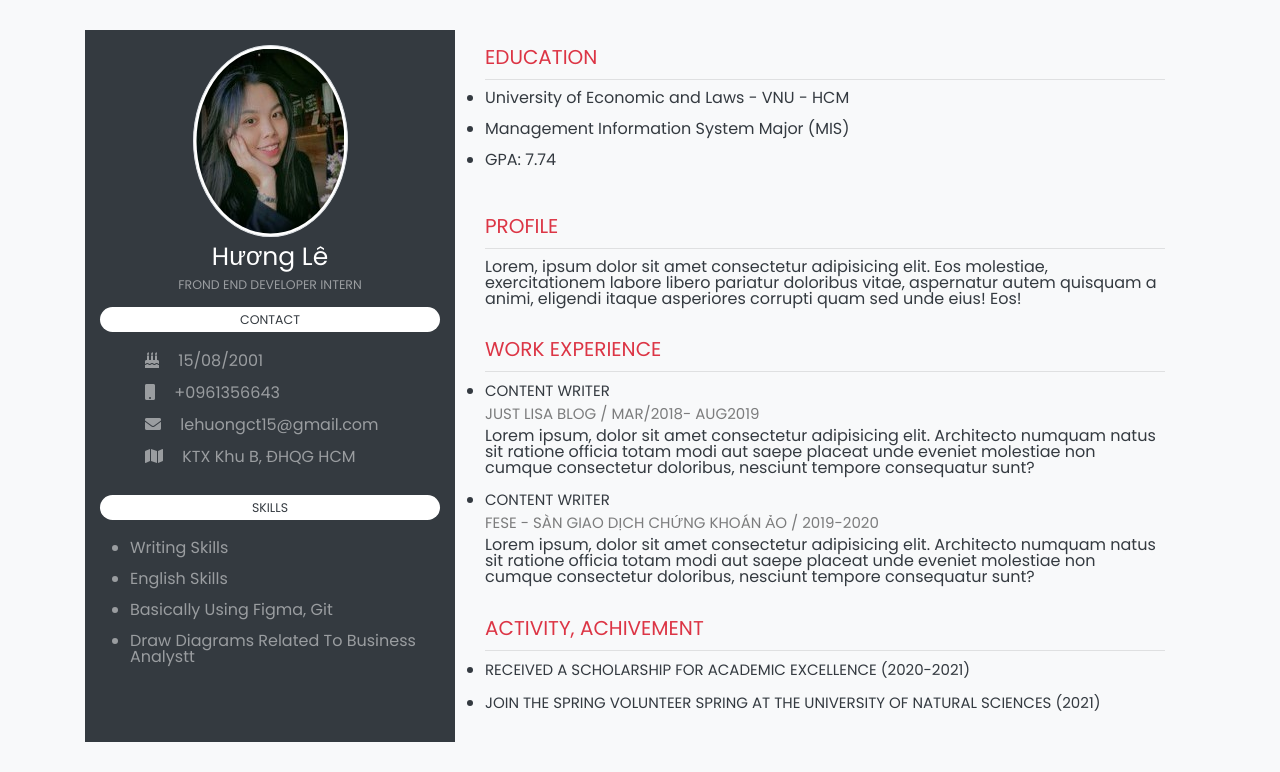
Repository: huongle158/cvhuongle
Page: index.html
The author's editor kept a copy of each file at every save. The page is drawn from the files as they stood at one save, then again after the next save.
The browser window is 1280 px wide. The pictures show the whole page.
Some web libraries are served in a nearby version.

Above is the page before, as saved 2021-12-13 00:13:24.

After the next save:
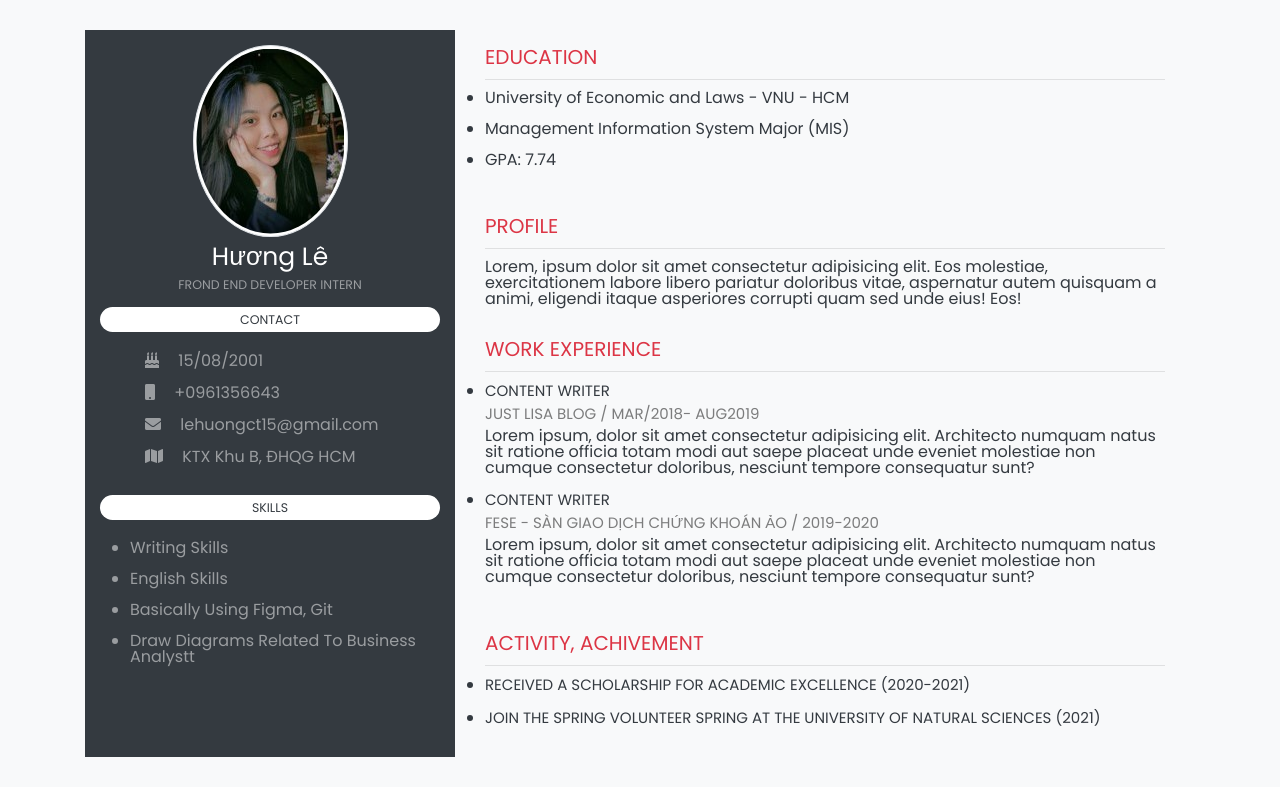
Saved 30 s later.
--- a/index.html
+++ b/index.html
@@ -94,7 +94,7 @@
 
             </div>
 
-            <div>
+            <div class="mb-5">
                 <h2 class="text-uppercase text-danger">Work Experience</h2>
                 <hr>
                 <ul class="list">
